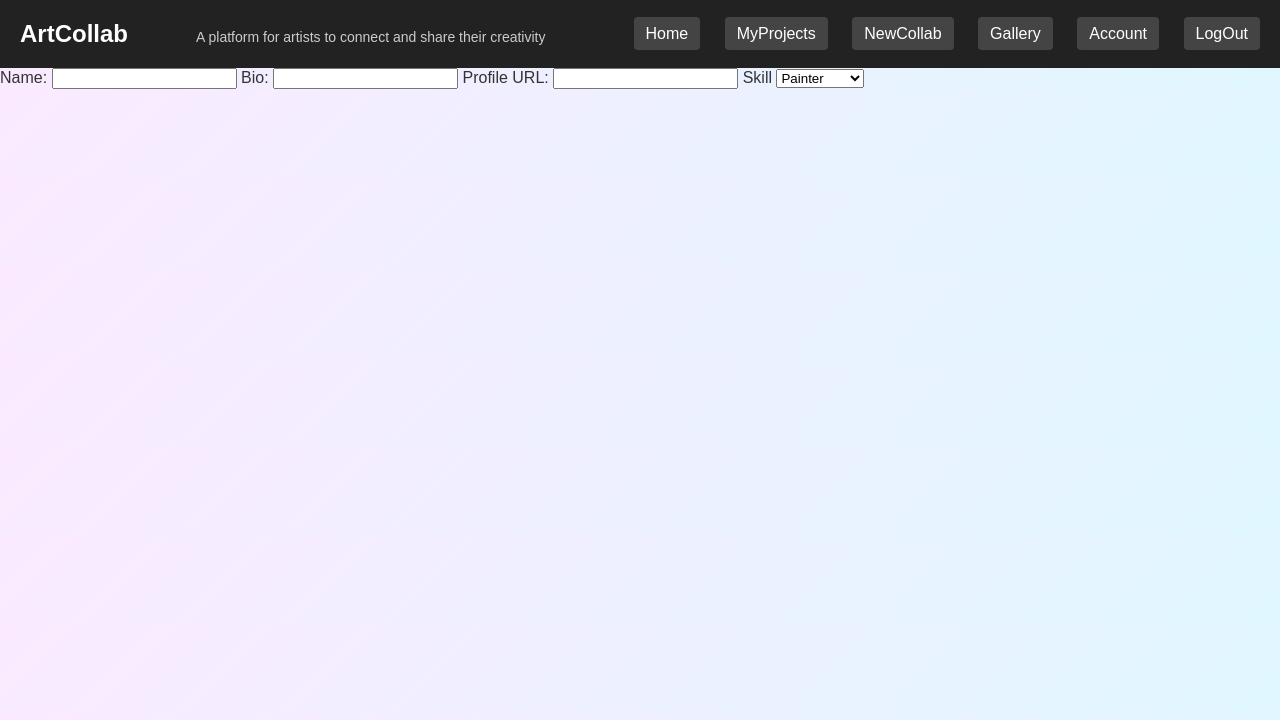
Repository: jeevanReddyP/ArtCollab_App
Page: profile.html
The author's editor kept a copy of each file at every save. The page is drawn from the files as they stood at one save, then again after a run of saves.
The browser window is 1280 px wide. The pictures show the whole page.

Above is the page before, as saved 2025-06-12 18:38:35.

After the next 6 saves:
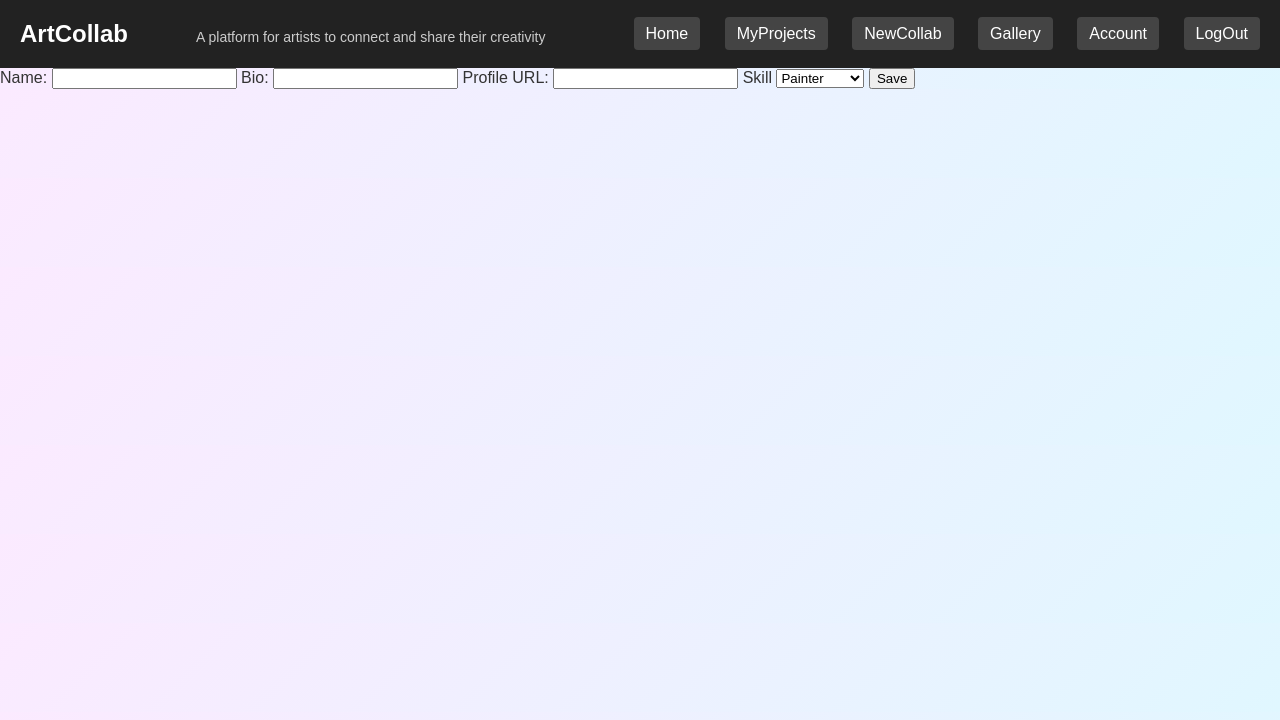
The 6 saves are shown as one change because they came seconds apart.
The last was saved 2 min 44 s later.
--- a/profile.html
+++ b/profile.html
@@ -71,6 +71,7 @@ transition: background-color 0.3s;
         <option value="digitalartist">Digitalartist</option>
         <option value="musician">Musician</option>
       </select>
+      <button id="Save">Save</button>
     </div>
 </body>
 </html>
